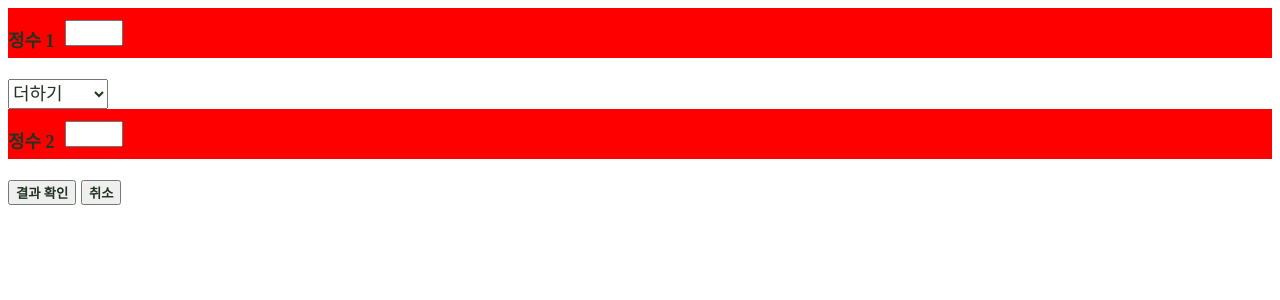
Repository: god5228god/Jsp
Page: WebApp06/WebContent/Send03.html
The author's editor kept a copy of each file at every save. The page is drawn from the files as they stood at one save, then again after the next save.
The browser window is 1280 px wide. The pictures show the whole page.

Above is the page before, as saved 2026-03-03 00:42:11.

### WebApp06/WebContent/Send03.html
<!DOCTYPE html>
<html>
<head>
<meta charset="UTF-8">
<title>Send02.html</title>
<link rel="stylesheet" type="text/css" href="css/main.css" />
<style type="text/css">
.numWrap{position: relative; width: 100%; height: 50px; background-color: red;}
p{float: left; font-weight: bold;}
.txt{float: left; width: 50px; height: 20px; margin-top: 12px; margin-left: 10px; }
select{width: 100px; height: 30px;}
</style>
</head>
<body>
<!--
	○ 데이터 송수신 실습

		사용자로부터 임의의 정수 2개와 연산자를 입력받아
		해당 연산 처리 결과를 출력하는 프로그램을 구현한다.

		- 결과 확인 버튼 클릭 시
		입력하신 25과(와) 13의 연산 결과는 38입니다.
		라는 내용을 출력하는 JSP 페이지를 전달할 수 있도록 한다.

		- 사용자 최초 요청 주소
		http://localhost:3306/WebApp06/Send03.html

	- 물리적 파일 구성
	 · Send03.html
	 · Receive03.jsp

		페이지 레이아웃
		-----------------------------------------------------

		정수 1[	textbox ]

		[	더하기 	▼  ]	→ select
			 빼기
			곱하기
			나누기

		정수 2[	textbox ]

		<결과 확인> <취소>	→ button

		-----------------------------------------------------

  -->
</body>
<div>
	<form action="Receive03.jsp" method="get">
		<div class="numWrap">
			<p>정수 1</p>
			<input type="text" name="int01" class="txt" />
		</div>
		<br>
		<select name="operator" id="op">
			<option value="+">더하기</option>
			<option value="-">빼기</option>
			<option value="*">곱하기</option>
			<option value="/">나누기</option>
		</select>
		<div class="numWrap">
			<p>정수 2</p>
			<input type="text" name="int02" class="txt"/>
		</div>
		<br>
		<button type="submit" class="btn">결과 확인</button>
		<button type="reset" class="btn">취소</button>
	</form>
</div>
</html>

### WebApp06/WebContent/css/main.css
@charset "UTF-8";

*
{
	color: #223322;
	font-family: 나눔고딕코딩;
}

body, p, div, span, input, table, th, td, select
{
	font-size: 18px;
}

.control
{
	border: 1px solid gray;
	border-radius: 3px ;
}

.table
{
	border-collapse: collapse;
	width: 100%;
}

.table th, .table td
{
	border: 1px solid gray;
	border-left: 0;
	border-right: 0;
	padding: 3px;
	line-height: 150%;
}

.table th
{
	font-weight: bold;
	background-color: #eee;
}

.btn
{
	font-weight: bold;
	font-family: 맑은 고딕;

}

.btn:hover
{
	color: #fff;
	background-color: #778877;
}
input[type="text"]:focus
{
	background-color: #dcfccf;
}

After the next save:
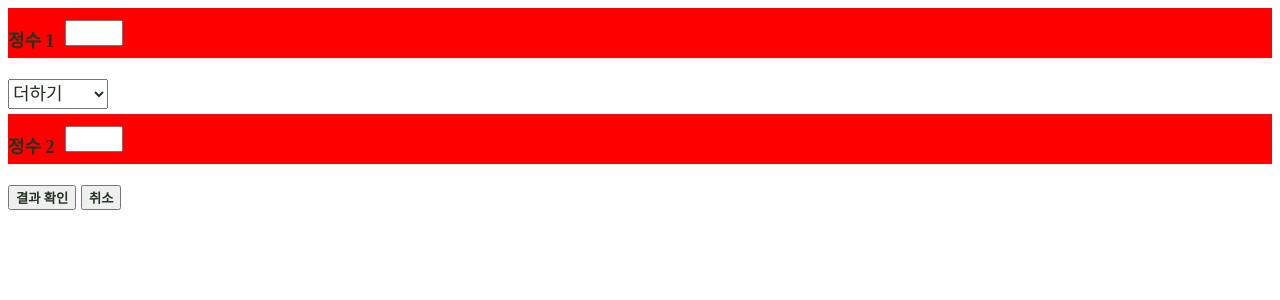
Saved 9 s later.
--- a/WebApp06/WebContent/Send03.html
+++ b/WebApp06/WebContent/Send03.html
@@ -8,7 +8,7 @@
 .numWrap{position: relative; width: 100%; height: 50px; background-color: red;}
 p{float: left; font-weight: bold;}
 .txt{float: left; width: 50px; height: 20px; margin-top: 12px; margin-left: 10px; }
-select{width: 100px; height: 30px;}
+select{width: 100px; height: 30px;margin-bottom: 5px;}
 </style>
 </head>
 <body>
